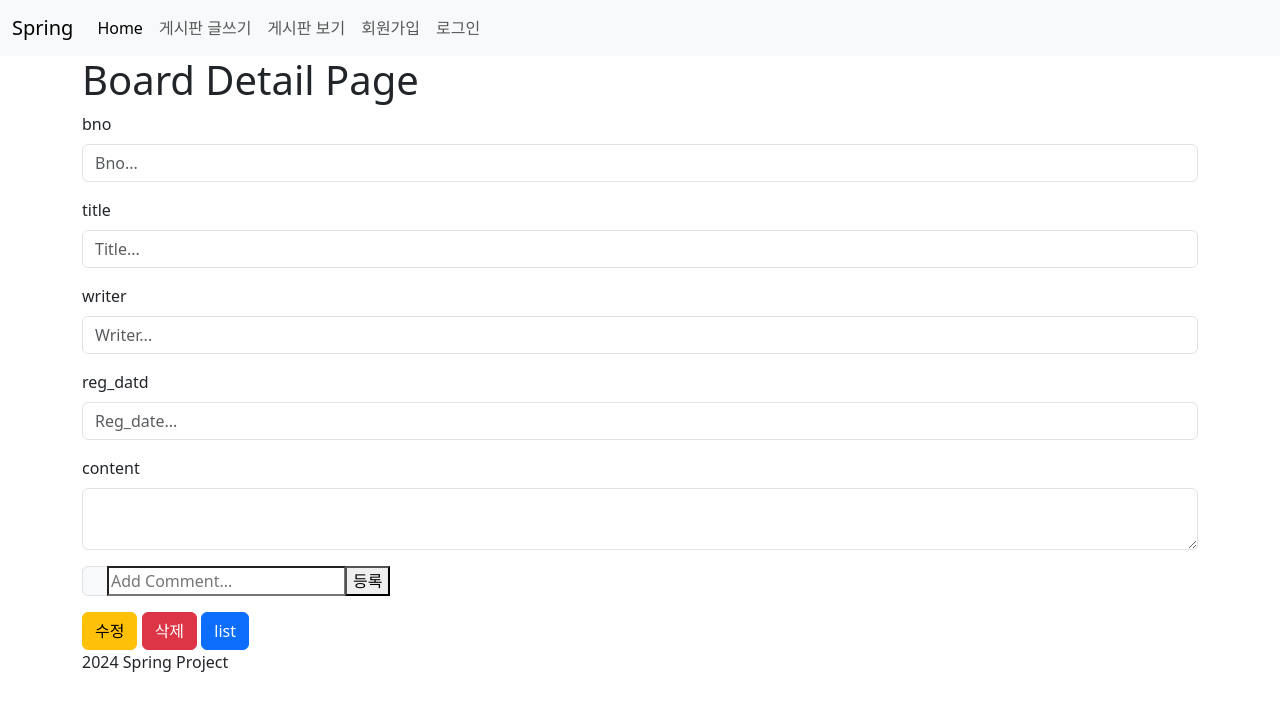
Repository: havanara/240423_SPRING_Project
Page: http://localhost/spring_study/WEB-INF/views/board/detail.jsp
An editor plug-in stored every save of this project. The page is shown before and after the next save, followed by the edit.
The browser window is 1280 px wide. The pictures show the whole page.
The page is served by Tomcat 9. Nobody is signed in. The template is opened directly, without the code that normally fills it, so the values that code supplies are empty.

Above is the page before, as saved 2024-04-26 02:42:21.

### spring_study/src/main/webapp/WEB-INF/views/board/detail.jsp
<%@ page language="java" contentType="text/html; charset=UTF-8"
    pageEncoding="UTF-8"%>

<jsp:include page="../layout/header.jsp" />

<div class="container-md">
<h1>Board Detail Page</h1>
	<div class="mb-3">
	  <label for="n" class="form-label">bno</label>
	  <input type="text" class="form-control" name="bno" id="n" value="${bvo.bno }" readonly="readonly" placeholder="Bno...">
	</div>
	<div class="mb-3">
	  <label for="t" class="form-label">title</label>
	  <input type="text" class="form-control" name="title" id="t" value="${bvo.title }" readonly="readonly" placeholder="Title...">
	</div>
	<div class="mb-3">
	  <label for="w" class="form-label">writer</label>
	  <input type="text" class="form-control" name="writer" id="w" value="${bvo.writer }" readonly="readonly" placeholder="Writer...">
	</div>
	<div class="mb-3">
	  <label for="r" class="form-label">reg_datd</label>
	  <input type="text" class="form-control" name="reg_date" id="r" value="${bvo.reg_date }" readonly="readonly" placeholder="Reg_date...">
	</div>
	<div class="mb-3">
	  <label for="c" class="form-label">content</label>
	  <textarea class="form-control" name="content" id="c" aria-label="With textarea" readonly="readonly">${bvo.content }</textarea>
	</div>

	<!-- 댓글 라인 -->
	<!-- 댓글 등록 라인 -->
	<div class="input-group mb-3">
	  <span class="input-group-text" id="cmtWriter">${ses.id }</span>
	  <input type="text" class="cmtText" placeholder="Add Comment..." aria-label="Username" aria-describedby="basic-addon1">
	  <button type="submit">등록</button>
	</div>

	<!-- 댓글 출력 라인 -->


	<a href="/board/modify?bno=${bvo.bno }"><button type="button" class="btn btn-warning">수정</button></a>
	<a href="/board/remove?bno=${bvo.bno }"><button type="button" class="btn btn-danger">삭제</button></a>
	<a href="/board/list"><button type="button" class="btn btn-primary">list</button></a>
</div>

<jsp:include page="../layout/footer.jsp" />

</body>
</html>

### spring_study/src/main/webapp/WEB-INF/views/layout/header.jsp
<%@ page language="java" contentType="text/html; charset=UTF-8"
    pageEncoding="UTF-8"%>
    <%@ taglib uri="http://java.sun.com/jsp/jstl/core" prefix="c" %>
<!DOCTYPE html>
<html>
<head>
<meta charset="UTF-8">
<title>header.jsp</title>
<link href="https://cdn.jsdelivr.net/npm/bootstrap@5.3.3/dist/css/bootstrap.min.css" rel="stylesheet" integrity="sha384-QWTKZyjpPEjISv5WaRU9OFeRpok6YctnYmDr5pNlyT2bRjXh0JMhjY6hW+ALEwIH" crossorigin="anonymous">
<script src="https://cdn.jsdelivr.net/npm/bootstrap@5.3.3/dist/js/bootstrap.bundle.min.js" integrity="sha384-YvpcrYf0tY3lHB60NNkmXc5s9fDVZLESaAA55NDzOxhy9GkcIdslK1eN7N6jIeHz" crossorigin="anonymous"></script>
</head>
<body>
<nav class="navbar navbar-expand-lg bg-body-tertiary">
  <div class="container-fluid">
    <a class="navbar-brand" href="#">Spring</a>
    <button class="navbar-toggler" type="button" data-bs-toggle="collapse" data-bs-target="#navbarSupportedContent" aria-controls="navbarSupportedContent" aria-expanded="false" aria-label="Toggle navigation">
      <span class="navbar-toggler-icon"></span>
    </button>
    <div class="collapse navbar-collapse" id="navbarSupportedContent">
      <ul class="navbar-nav me-auto mb-2 mb-lg-0">
        <li class="nav-item">
          <a class="nav-link active" aria-current="page" href="/">Home</a>
        </li>
        <li class="nav-item">
          <a class="nav-link" href="/board/register">게시판 글쓰기</a>
        </li>
        <li class="nav-item">
          <a class="nav-link" href="/board/list">게시판 보기</a>
        </li>
        <li class="nav-item">
          <a class="nav-link" href="/member/register">회원가입</a>
        </li>

        <c:if test="${ses.id eq null }">
        <li class="nav-item">
          <a class="nav-link" href="/member/login">로그인</a>
        </li>
        </c:if>

        <c:if test="${ses.id ne null }">
        <li class="nav-item">
          <a class="nav-link" href="/member/logout">로그아웃</a>
        </li>

        <li class="nav-item">
          <a class="nav-link" href="/member/modify">${ses.id }(${ses.email })님 환영합니다!</a>
        </li>
        </c:if>

      </ul>
    </div>
  </div>
</nav>

### spring_study/src/main/webapp/WEB-INF/views/layout/footer.jsp
<%@ page language="java" contentType="text/html; charset=UTF-8"
    pageEncoding="UTF-8"%>
<!DOCTYPE html>

<div class="container-md">
	2024 Spring Project
</div>

</body>
</html>

After the next save:
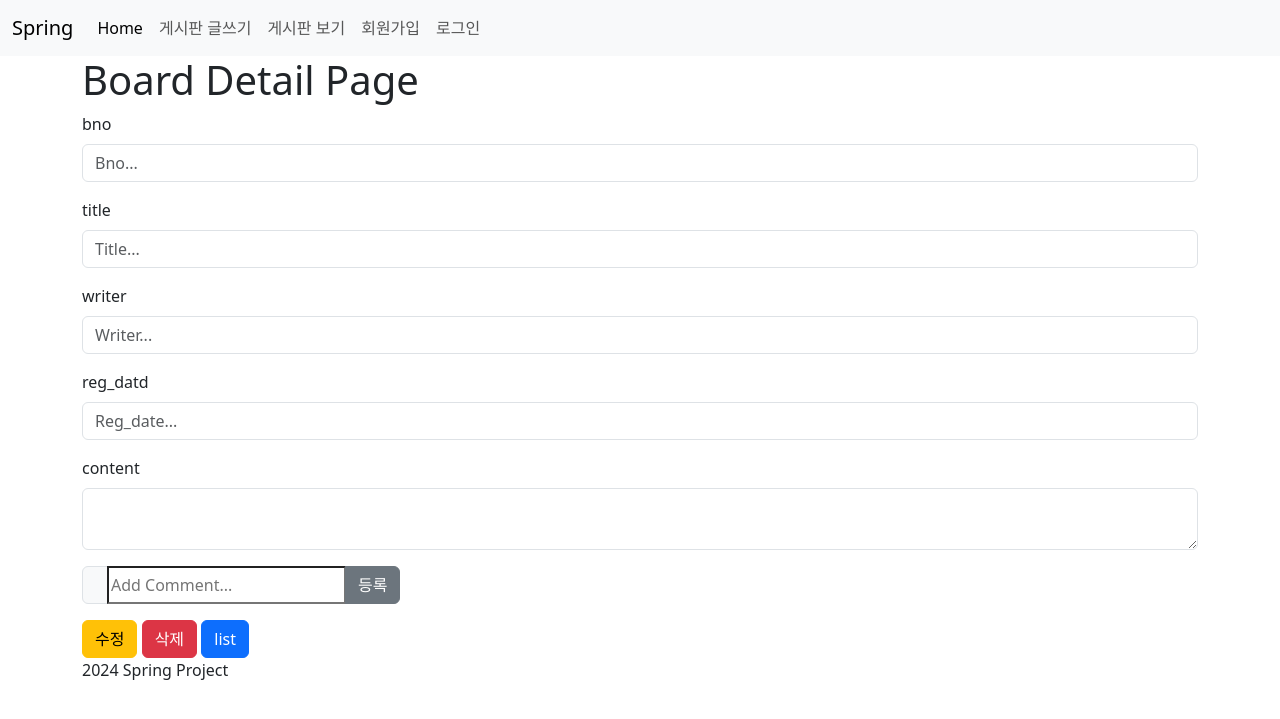
Saved 57 s later.
--- a/spring_study/src/main/webapp/WEB-INF/views/board/detail.jsp
+++ b/spring_study/src/main/webapp/WEB-INF/views/board/detail.jsp
@@ -31,7 +31,7 @@
 	<div class="input-group mb-3">
 	  <span class="input-group-text" id="cmtWriter">${ses.id }</span>
 	  <input type="text" class="cmtText" placeholder="Add Comment..." aria-label="Username" aria-describedby="basic-addon1">
-	  <button type="submit">등록</button>
+	  <button type="button" id="cmtAddBtn" class="btn btn-secondary">등록</button>
 	</div>
 
 	<!-- 댓글 출력 라인 -->
